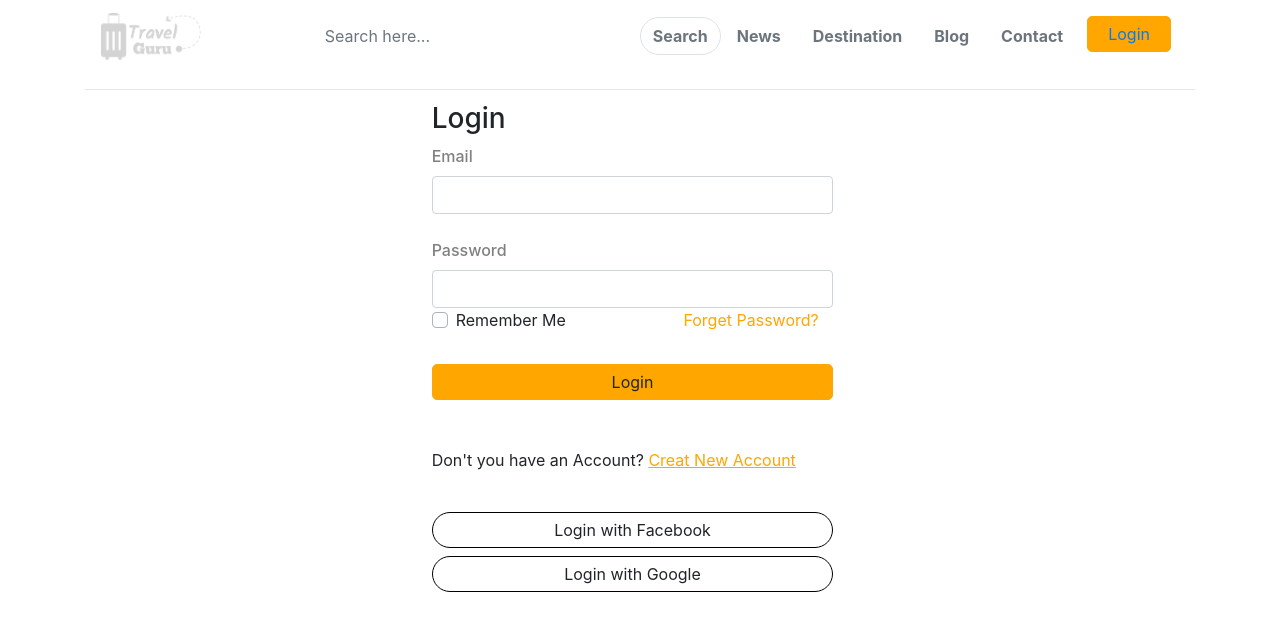
Repository: YunProgrammer/travel-website-project-tho
Page: /login (app in client/)
These files come from the project's save history. The page is drawn as it stood at one moment and after the next save; the edit follows.
The browser window is 1280 px wide. The pictures show the whole page.
The project was rebuilt for these pictures with package versions that can differ from the ones it lists, and the page was loaded fresh each time. A package was used in the major version that the imports need, not the one package.json lists. Also part of the build but not shown: client/src/App.css, client/src/Components/HomePage/data.js, client/src/Components/HomePage/HomePage.js, client/src/Components/BookingPage/BookingPage.js, client/src/Components/PrivateRoute/PrivateRoute.js, client/src/Components/SearchPage/searchData.js, client/src/Components/SearchPage/SearchShower.js, client/src/Components/SearchPage/SearchPage.js and 2 more.

Above is the page before, as saved 2020-09-19 22:03:45.

After the next save:
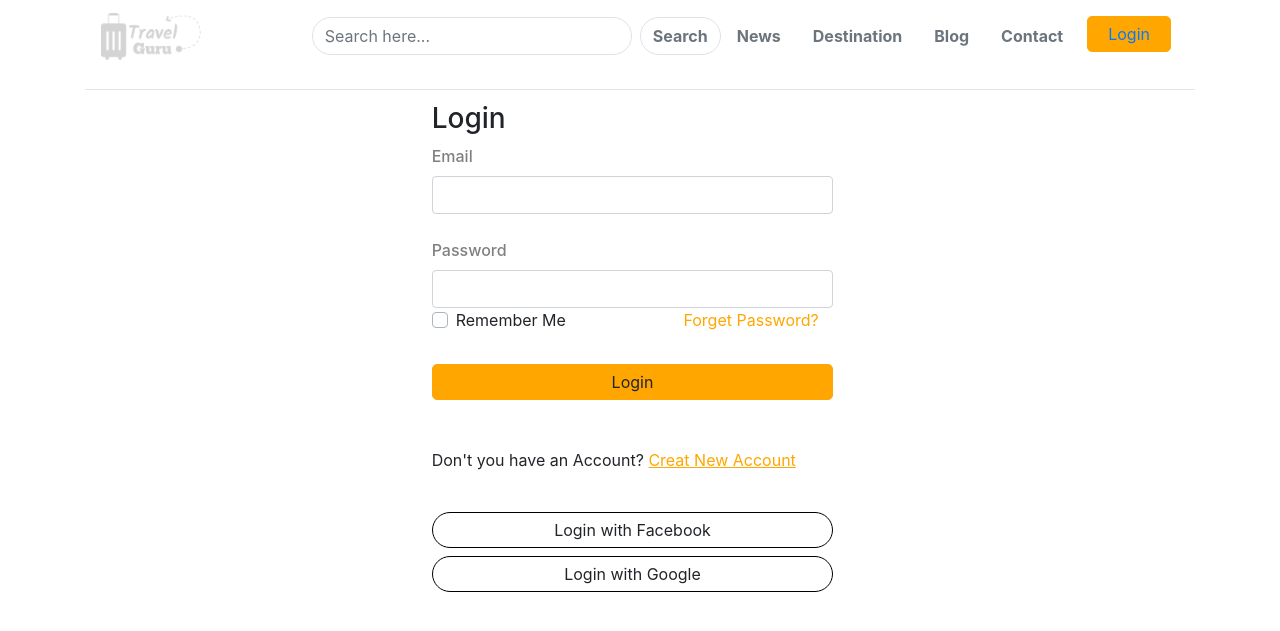
Saved 2 min 13 s later.
--- a/client/src/Components/NavBar/NavBar.js
+++ b/client/src/Components/NavBar/NavBar.js
@@ -38,7 +38,7 @@ const NavBar = () => {
             <Navbar.Toggle aria-controls="basic-navbar-nav" />
             <Navbar.Collapse id="basic-navbar-nav">
                 <Form inline className="ml-sm-2 ml-md-auto">
-                <FormControl variant="outline-secondary" type="text" placeholder="Search here..." className="mr-sm-2 border border-white rounded-pill mySearchStyle"/>
+                <FormControl variant="outline-secondary" type="text" placeholder="Search here..." className="mr-sm-2 border rounded-pill mySearchStyle"/>
                 <Button variant="outline-secondary" className="border rounded-pill font-weight-bold">Search</Button>
                 </Form>
                 <Nav>
